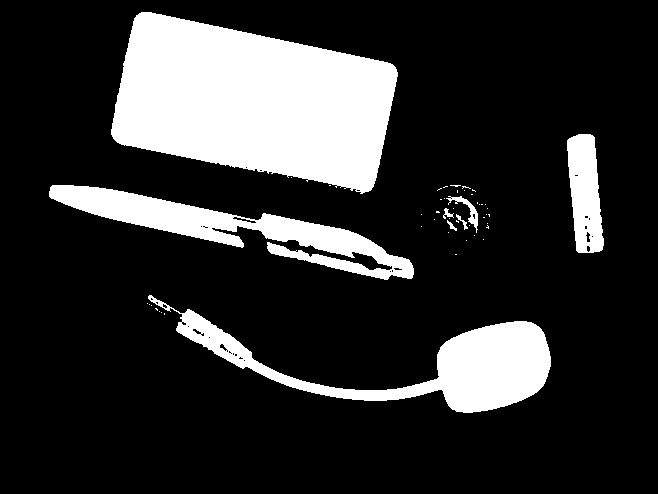
Repository: kaiofbgarcia/OpenCV
Script's output: python newCoin.py
These files come from the project's save history. The script's output is drawn as it stood at one moment and after the next save; the edit follows.
Random numbers start from a fixed seed. It also reads img/img1.jpg.

Above is the script's output before, as saved 2022-06-28 19:18:06.

### newCoin.py
import cv2
from cv2 import THRESH_BINARY
import numpy as np
from numpy import binary_repr

imagem = cv2.imread("img/img1.jpg")          # Carregar a imagem
res = cv2.resize(imagem, dsize=( 658, 494), interpolation=cv2.INTER_CUBIC) # Redimensionar Img ################
gray = cv2.cvtColor(res, cv2.COLOR_BGR2GRAY)     # GrayScale
blur = cv2.blur(gray,(3,3))                       # Blur ###############

ret,binary = cv2.threshold(blur , 65 ,255, cv2.THRESH_BINARY)         # Binarização ################
ret1,binary1 = cv2.threshold(binary,127,255,cv2.THRESH_BINARY_INV)   # Inverter a Binarização


kernel = np.ones((5,5), np.uint8)
dilation = cv2.dilate(binary1, kernel, iterations=5)   # Dilatar ####################

contours, hierarchy = cv2.findContours(dilation, cv2.RETR_TREE, cv2.CHAIN_APPROX_SIMPLE) # Procura os Objetos
cont = len(contours)                                                                     # Conta os Objetos
cv2.drawContours(binary1, contours, -1, (0,255,0), 3)

print("Numero de Objetos Encontrados: ",cont)

cv2.imshow("Dilatation", binary1)


cv2.waitKey(0)

After the next save:
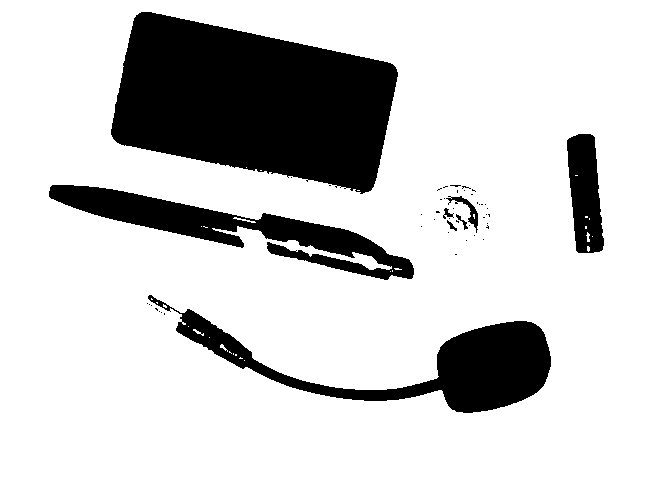
Saved 16 s later.
--- a/newCoin.py
+++ b/newCoin.py
@@ -17,11 +17,11 @@
 
 contours, hierarchy = cv2.findContours(dilation, cv2.RETR_TREE, cv2.CHAIN_APPROX_SIMPLE) # Procura os Objetos
 cont = len(contours)                                                                     # Conta os Objetos
-cv2.drawContours(binary1, contours, -1, (0,255,0), 3)
+cv2.drawContours(hierarchy, contours, -1, (0,255,0), 3)
 
 print("Numero de Objetos Encontrados: ",cont)
 
-cv2.imshow("Dilatation", binary1)
+cv2.imshow("Dilatation", binary)
 
 
 cv2.waitKey(0)
